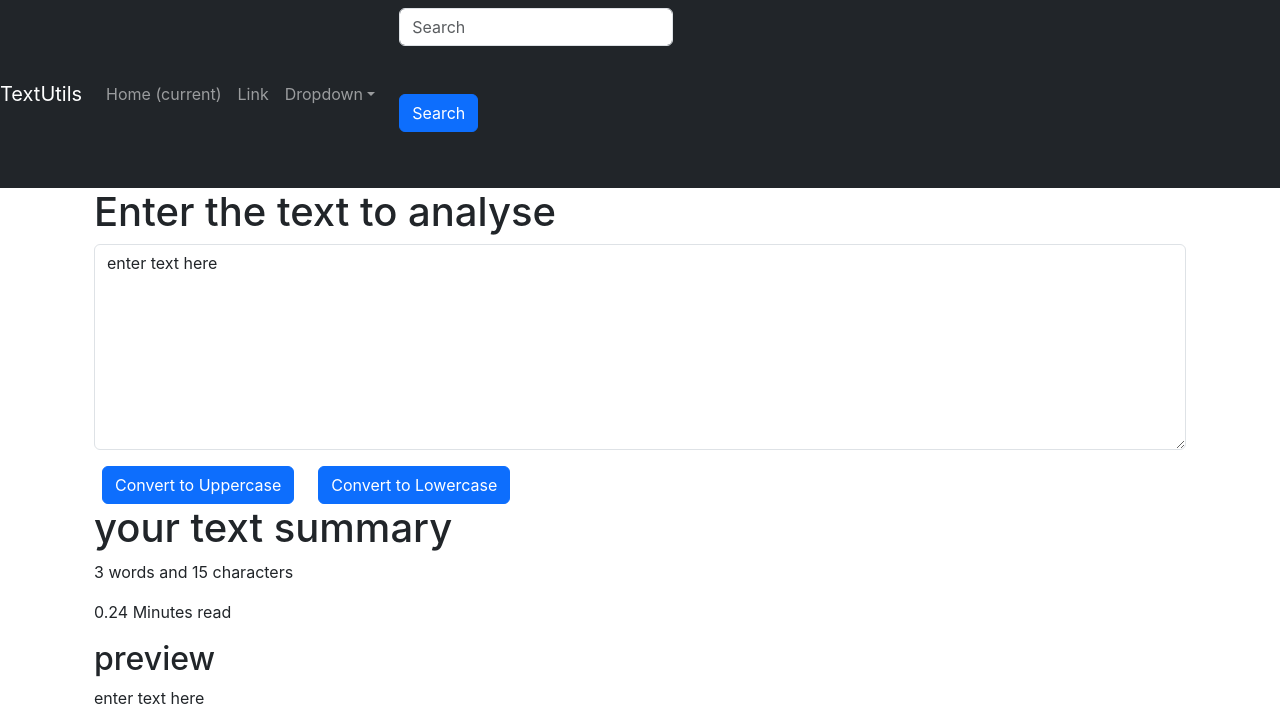
Repository: Aastha1035/React.navbar
Page: /
The author's editor kept a copy of each file at every save. The page is drawn from the files as they stood at one save, then again after the next save.
The browser window is 1280 px wide. The pictures show the whole page.
The project was rebuilt for these pictures with package versions that can differ from the ones it lists, and the page was loaded fresh each time. Also part of the build but not shown: src/App.css.

Above is the page before, as saved 2024-07-17 12:49:05.

After the next save:
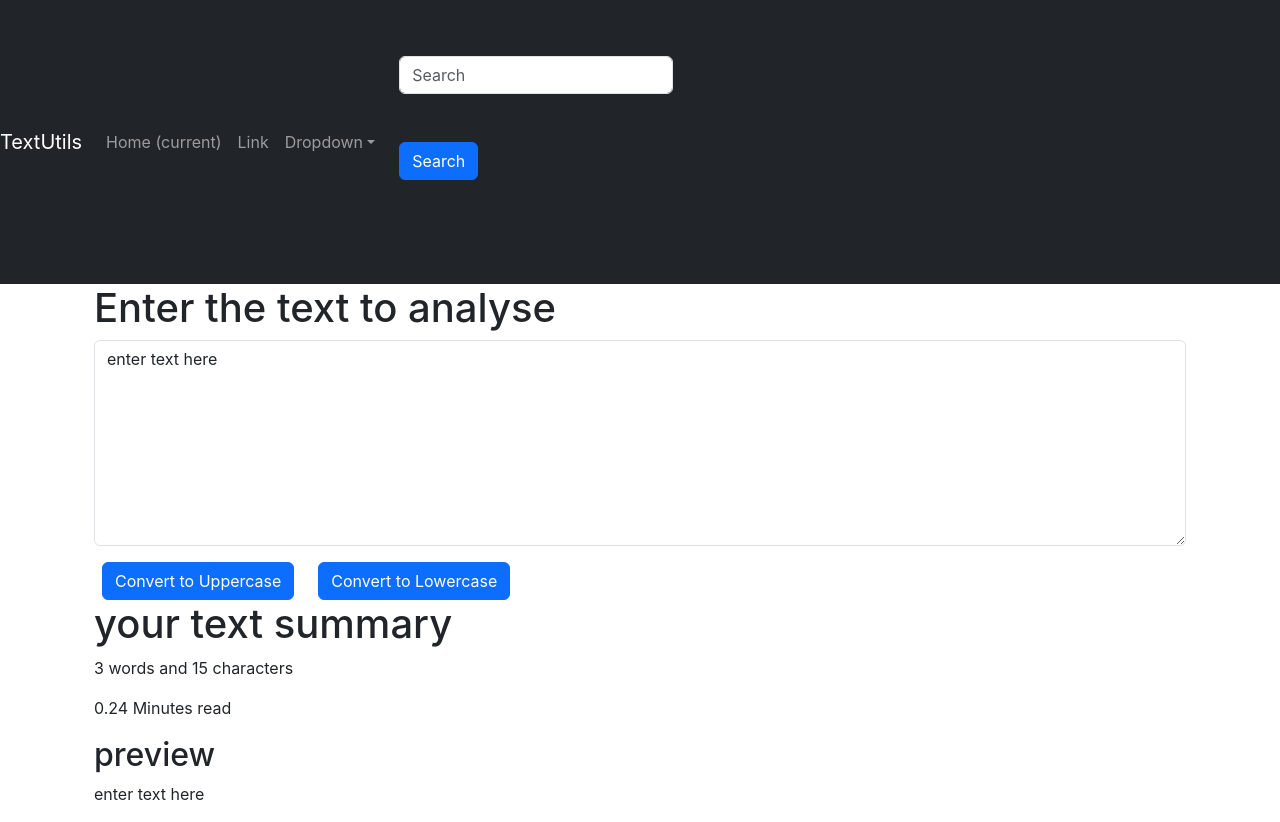
Saved 36 s later.
--- a/src/components/Navbar.js
+++ b/src/components/Navbar.js
@@ -31,7 +31,7 @@
         <a className="nav-link disabled" href="#">{props.aboutText}</a>
       </li>
     </ul>
-    <form className="form-inline my-2 my-lg-0">
+    <form className="form-inline my-2 my-lg-5">
       <input className="form-control mr-sm-2" type="search" placeholder="Search" aria-label="Search"/>
       <button className="btn btn-primary my-2 my-sm-5" type="submit">Search</button>
     </form>

After the save that followed:
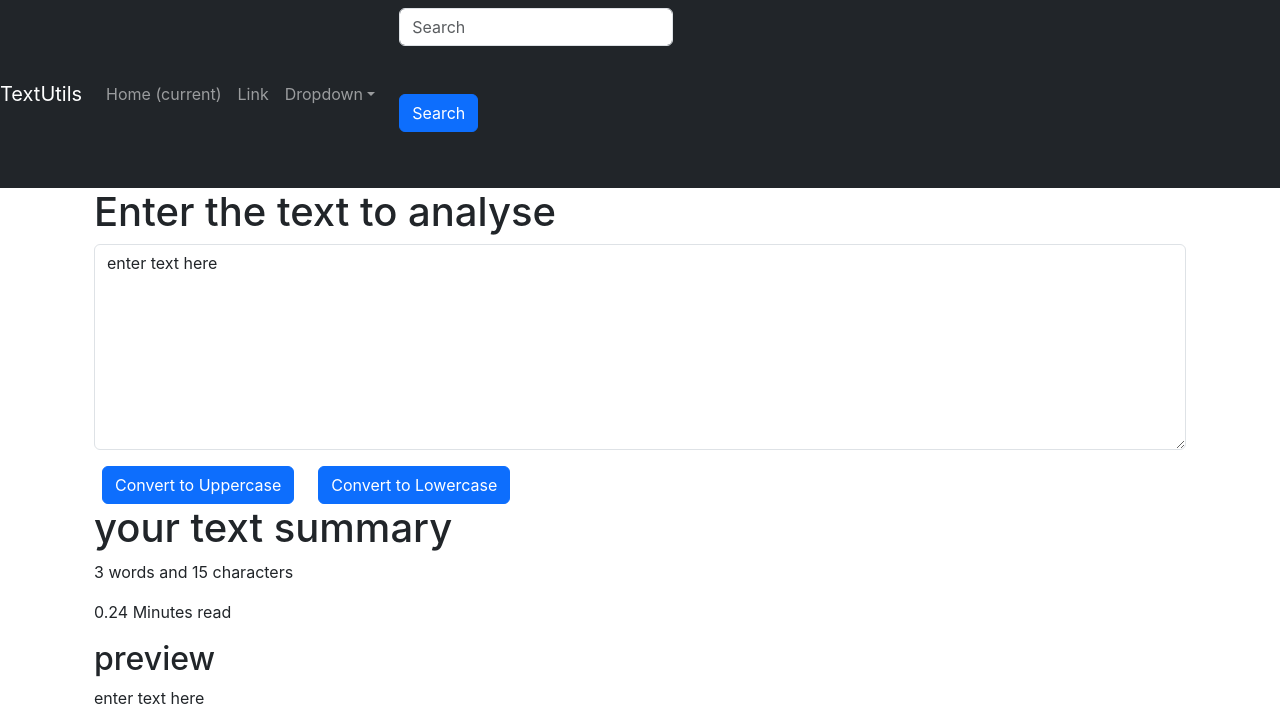
Saved 7 s later.
--- a/src/components/Navbar.js
+++ b/src/components/Navbar.js
@@ -31,7 +31,7 @@
         <a className="nav-link disabled" href="#">{props.aboutText}</a>
       </li>
     </ul>
-    <form className="form-inline my-2 my-lg-5">
+    <form className="form-inline my-2 my-lg-0">
       <input className="form-control mr-sm-2" type="search" placeholder="Search" aria-label="Search"/>
       <button className="btn btn-primary my-2 my-sm-5" type="submit">Search</button>
     </form>
